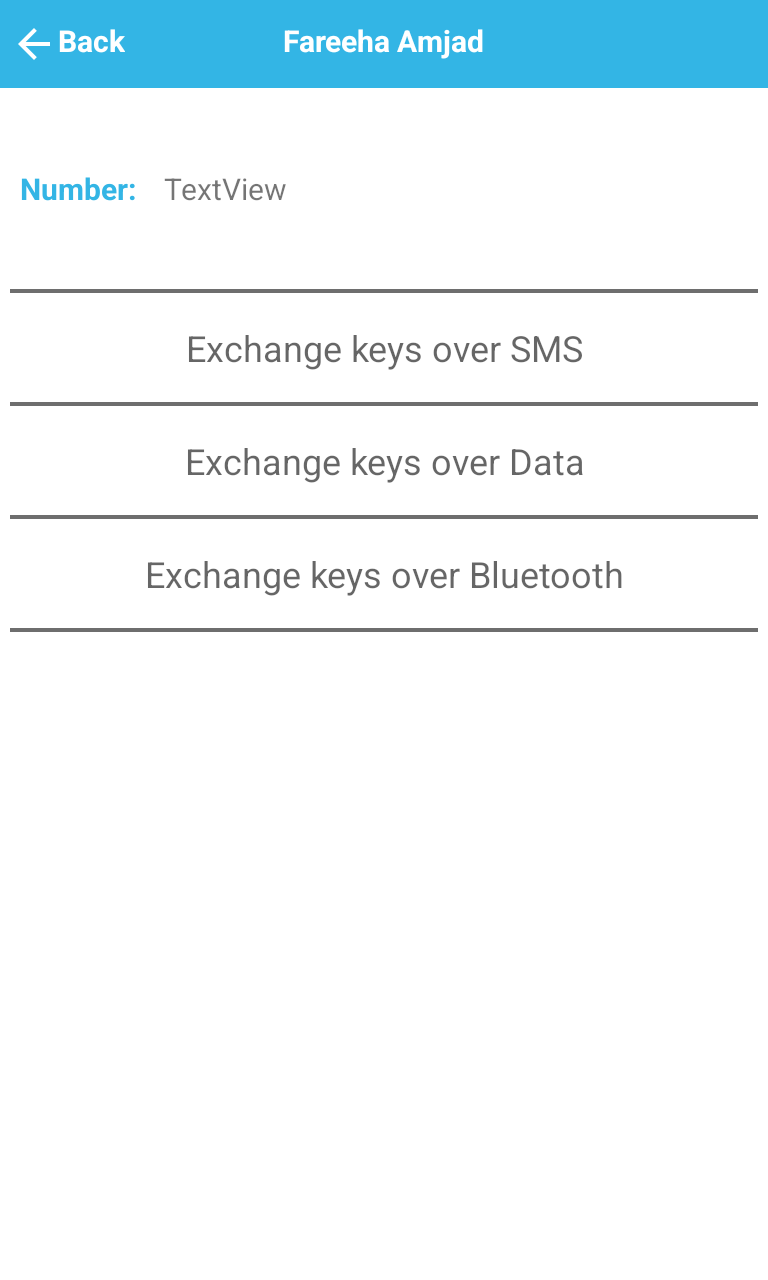
Repository: fareehaamjad/SMI-final
Layout: SecureMobileIdentity/res/layout/display_options.xml
The author's editor kept a copy of each file at every save. The layout is drawn from the files as they stood at one save, then again after the next save.
It is drawn on a 768 x 1280 px phone screen (xhdpi) without system bars, with theme AppTheme; the app's code is not run.

Above is the layout before, as saved 2015-08-22 08:36:42.

After the next save:
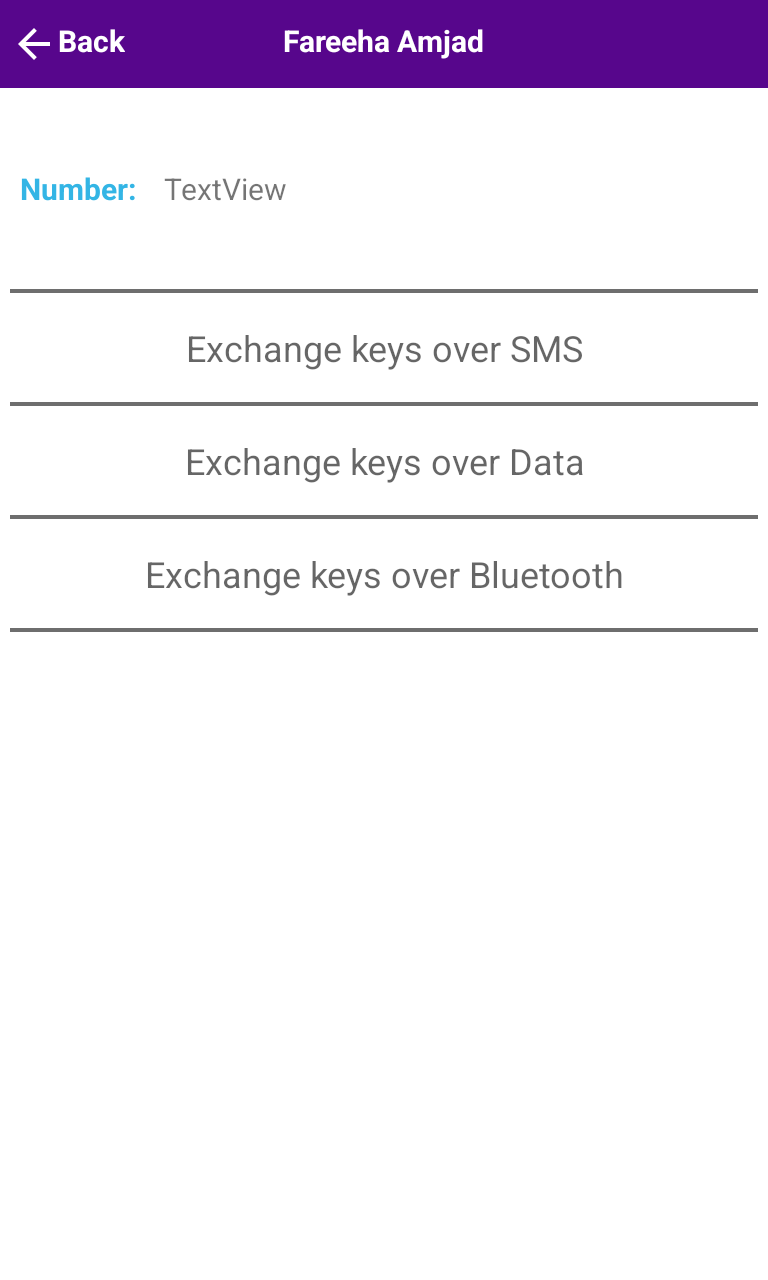
Saved 70 s later.
--- a/SecureMobileIdentity/res/layout/display_options.xml
+++ b/SecureMobileIdentity/res/layout/display_options.xml
@@ -9,7 +9,7 @@
     <RelativeLayout
         android:layout_width="fill_parent"
         android:layout_height="wrap_content"
-        android:background="#33B5E5"
+        android:background="@color/purple"
         android:orientation="horizontal"
         android:paddingBottom="10dp"
         android:paddingLeft="5dp"
